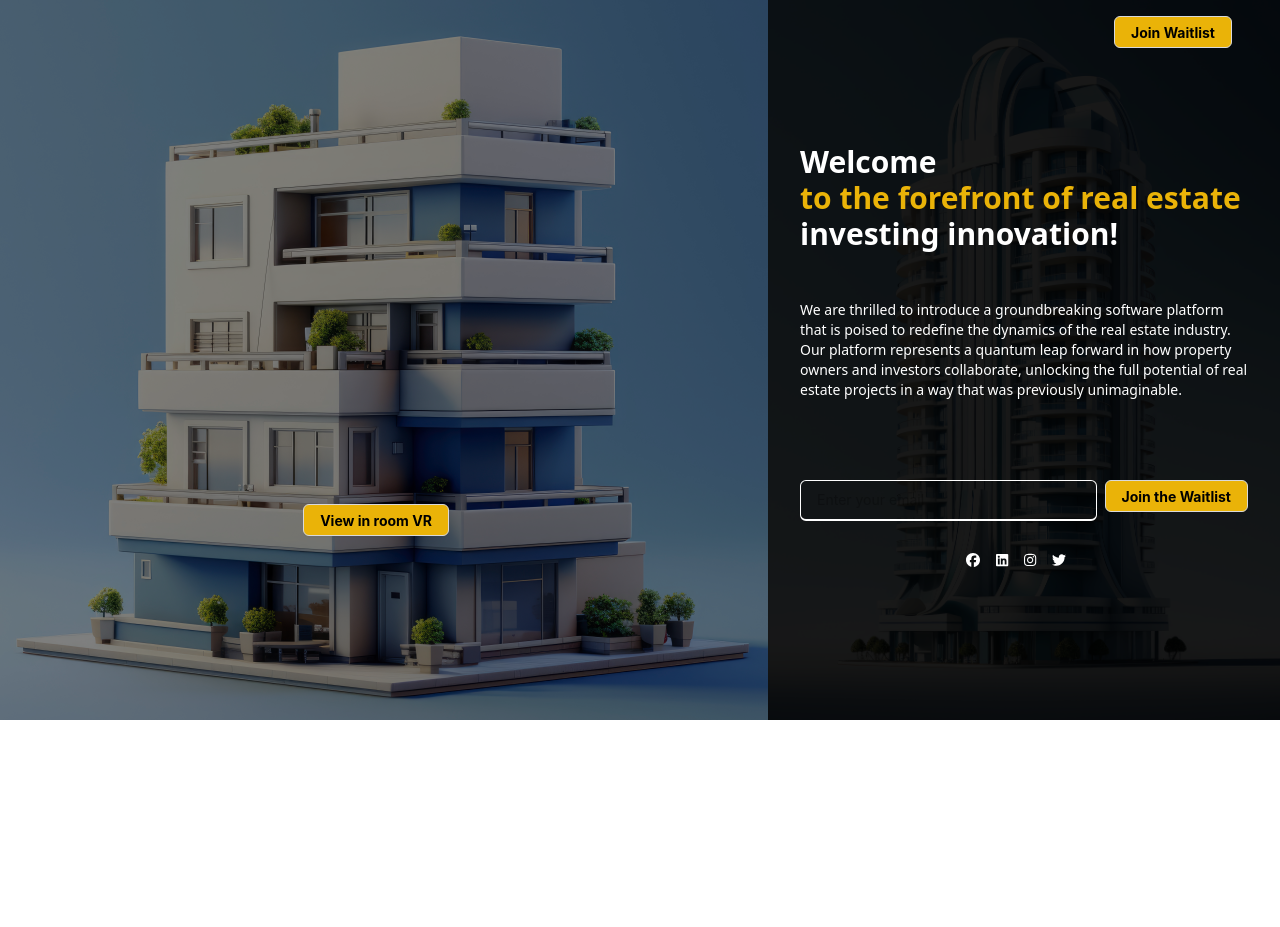
Repository: brytemenz/investnest-landing
Page: /
These files come from the project's save history. The page is drawn as it stood at one moment and after the next save; the edit follows.
The browser window is 1280 px wide. The pictures show the whole page.
The project was rebuilt for these pictures with package versions that can differ from the ones it lists, and the page was loaded fresh each time. Also part of the build but not shown: vite.config.js, src/components/ThreeDImage.jsx.

Above is the page before, as saved 2024-05-29 15:13:51.

After the next save:
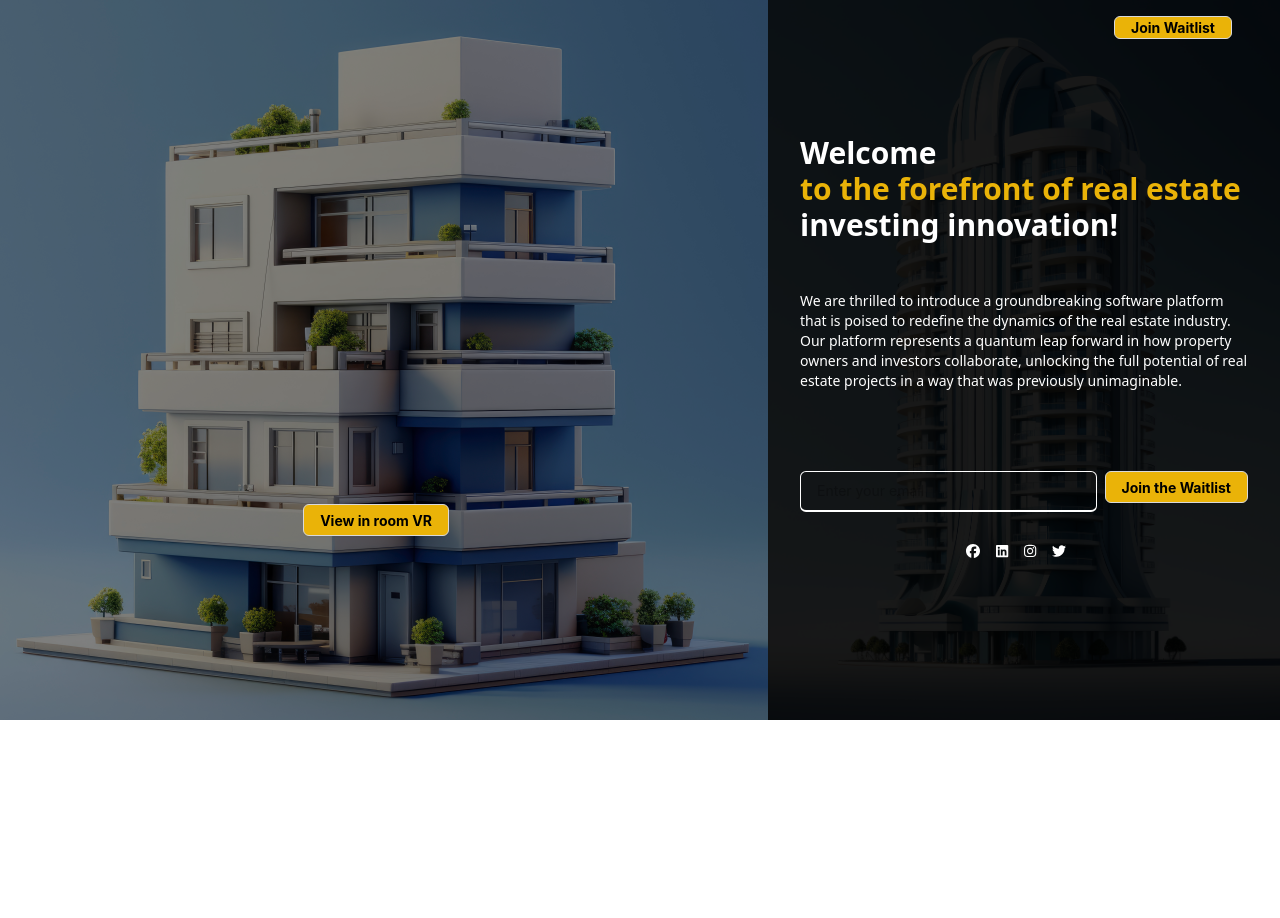
Saved 23 s later.
--- a/src/pages/landingPage.jsx
+++ b/src/pages/landingPage.jsx
@@ -51,13 +51,13 @@ const LandingPage = () => {
           <div className="w-full lg:w-2/5 relative flex flex-col justify-end">
             <div className="bg-cover bg-center h-full" style={{ backgroundImage: `url(${rightImage})` }}>
               <div className="absolute inset-0 bg-black bg-opacity-90 flex flex-col justify-start items-start text-white px-8">
-                <Button className="bg-yellow-500 text-black px-4 py-2 rounded-md font-bold mt-4 mr-4 self-end hover:text-gold">Join Waitlist</Button>
+                <Button className="bg-yellow-500 text-black px-4  rounded-md font-bold mt-4 mr-4 self-end hover:text-gold">Join Waitlist</Button>
                 <div className="mt-24 text-left">
                   <h2 className="text-3xl font-bold mb-4">Welcome <br /><span className='text-yellow-500'>to the forefront of real estate </span><br />investing innovation!</h2>
                   <p className="text-sm mt-12">We are thrilled to introduce a groundbreaking software platform that is poised to redefine the dynamics of the real estate industry. Our platform represents a quantum leap forward in how property owners and investors collaborate, unlocking the full potential of real estate projects in a way that was previously unimaginable.</p>
                   <div className="mt-20 flex justify-center">
                     <Input placeholder="Enter your email" className="border-b-2 border-white bg-transparent text-white placeholder-white::placeholder px-4 py-2 focus:outline-none focus:border-yellow-500" />
-                    <Button className="bg-yellow-500 text-black px-4 py-2 rounded-md font-bold ml-2 hover:text-gold">Join the Waitlist</Button>
+                    <Button className="bg-yellow-500 text-black px-4 prounded-md font-bold ml-2 hover:text-gold">Join the Waitlist</Button>
                   </div>
                 </div>
                 <div className="text-sm mt-8 flex items-center justify-center mx-auto">
